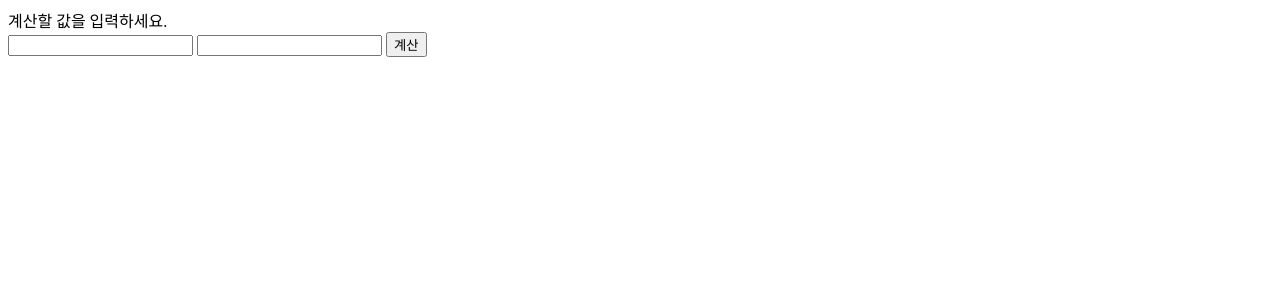
Repository: jocod98/servlet-jsp
Page: JSPPrj/src/main/webapps/add.html
The author's editor kept a copy of each file at every save. The page is drawn from the files as they stood at one save, then again after the next save.
The browser window is 1280 px wide. The pictures show the whole page.

Above is the page before, as saved 2023-01-10 06:00:03.

After the next save:
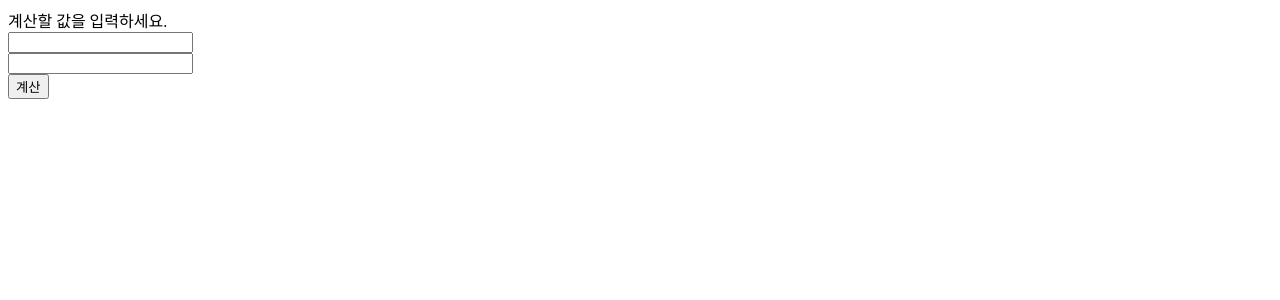
Saved 99 s later.
--- a/JSPPrj/src/main/webapps/add.html
+++ b/JSPPrj/src/main/webapps/add.html
@@ -10,10 +10,15 @@
 	<div>
 	<label>계산할 값을 입력하세요.</label>
 	</div>
+	<div>
 		<input type ="text" name = "x" />
-		<input type = "text" name = "y"/>
+	</div>
+	<div>
+		<input type ="text" name = "y" />
+	</div>
+	<div>
 		<input type = "submit" value ="계산"/>
-
+	</div>
 	</form>
 </div>
 </body>
